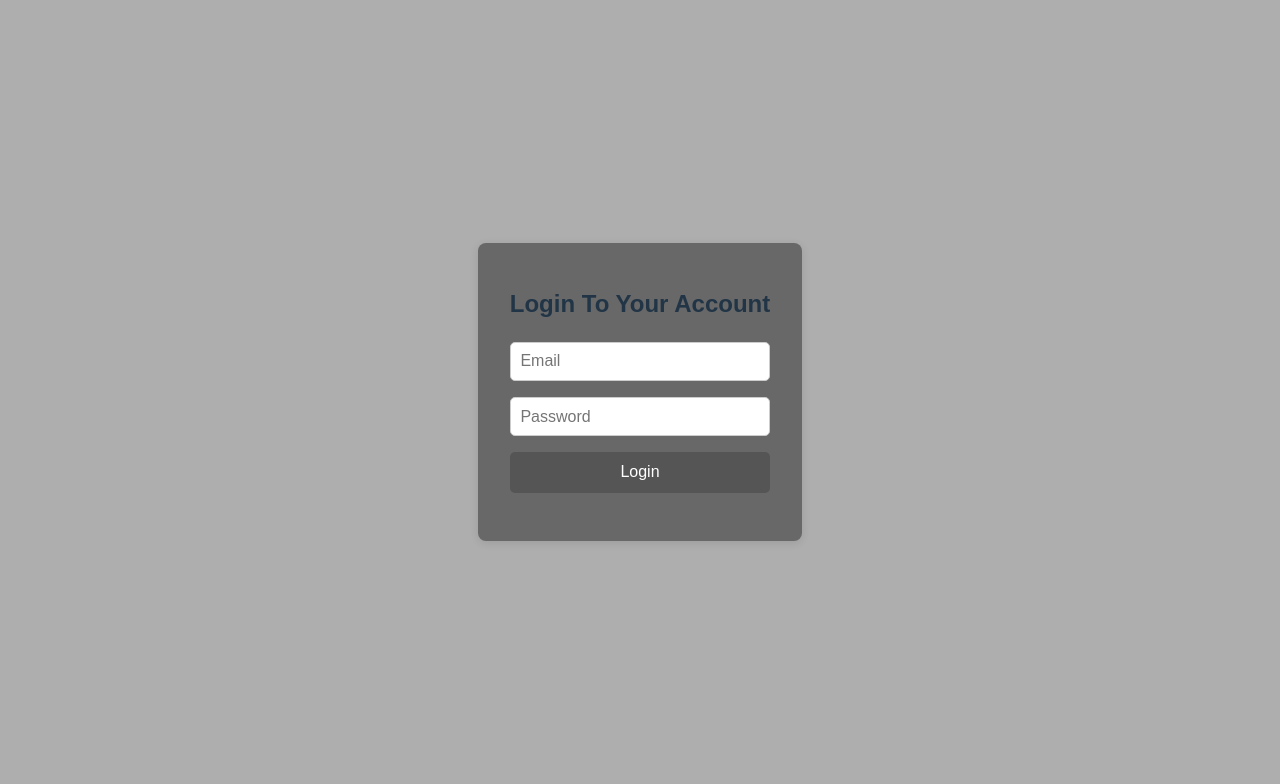
Repository: revathithiruvasagan/cuic26
Page: / (app in testapp/)
An editor plug-in stored every save of this project. The page is shown before and after the next save, followed by the edit.
The browser window is 1280 px wide. The pictures show the whole page.
The project was rebuilt for these pictures with package versions that can differ from the ones it lists, and the page was loaded fresh each time. Also part of the build but not shown: testapp/vite.config.js.

Above is the page before, as saved 2025-05-30 20:54:54.

After the next save:
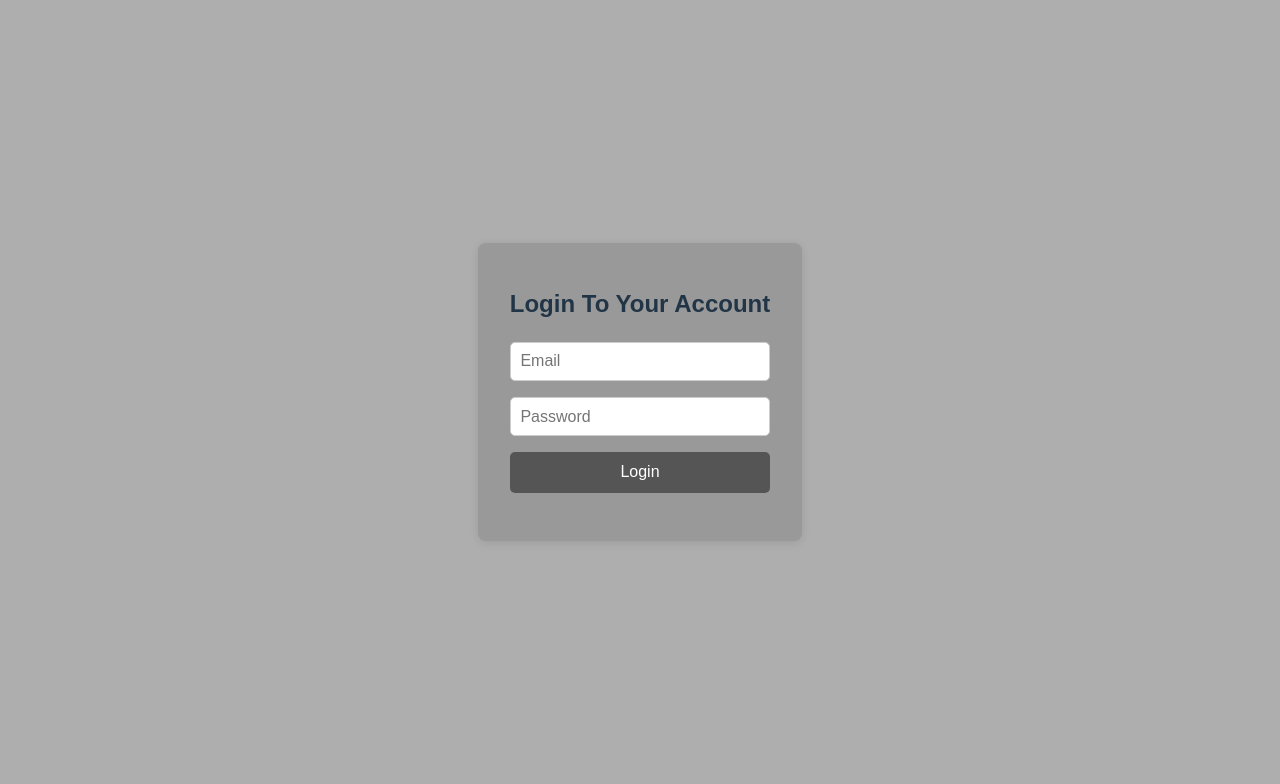
Saved 48 s later.
--- a/testapp/src/styles/Login.css
+++ b/testapp/src/styles/Login.css
@@ -13,7 +13,7 @@ body {
 }
 
 .login-container {
-  background-color: rgb(104, 104, 104);
+  background-color: rgb(154, 153, 153);
   padding: 2rem;
   border-radius: 8px;
   width: 100%;
